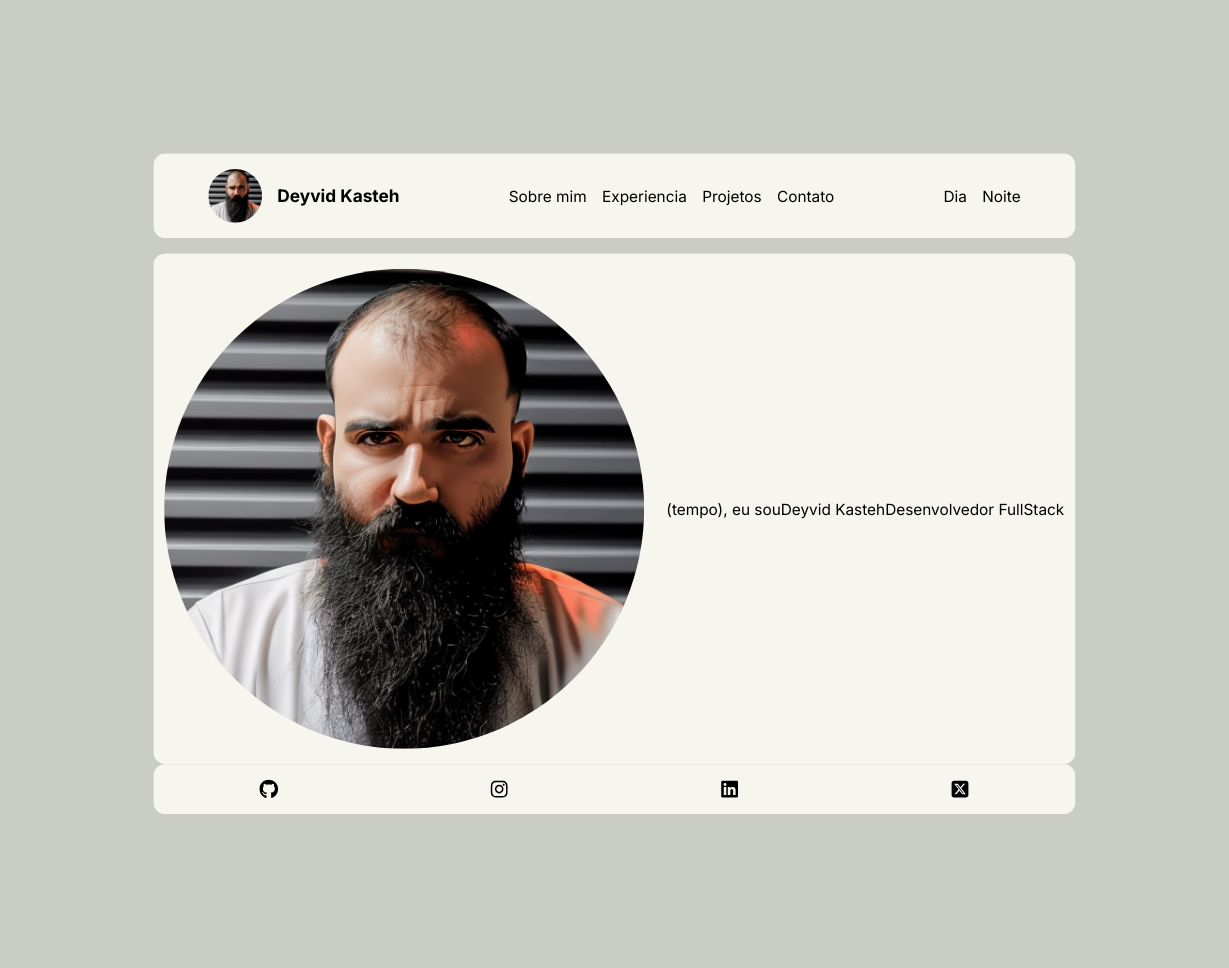
Repository: Deyvid-Kasteh/kasteh_portfolio
Page: /
An editor plug-in stored every save of this project. The page is shown before and after a run of saves, followed by the edit.
The browser window is 1280 px wide. The pictures show the whole page, at 96% of full size.
The project was rebuilt for these pictures with package versions that can differ from the ones it lists, and the page was loaded fresh each time. The framework's server and built-in components were replaced by stand-ins that run in the browser. Also part of the build but not shown: next.config.mjs.

Above is the page before, as saved 2024-03-26 00:58:57.

After the next 2 saves:
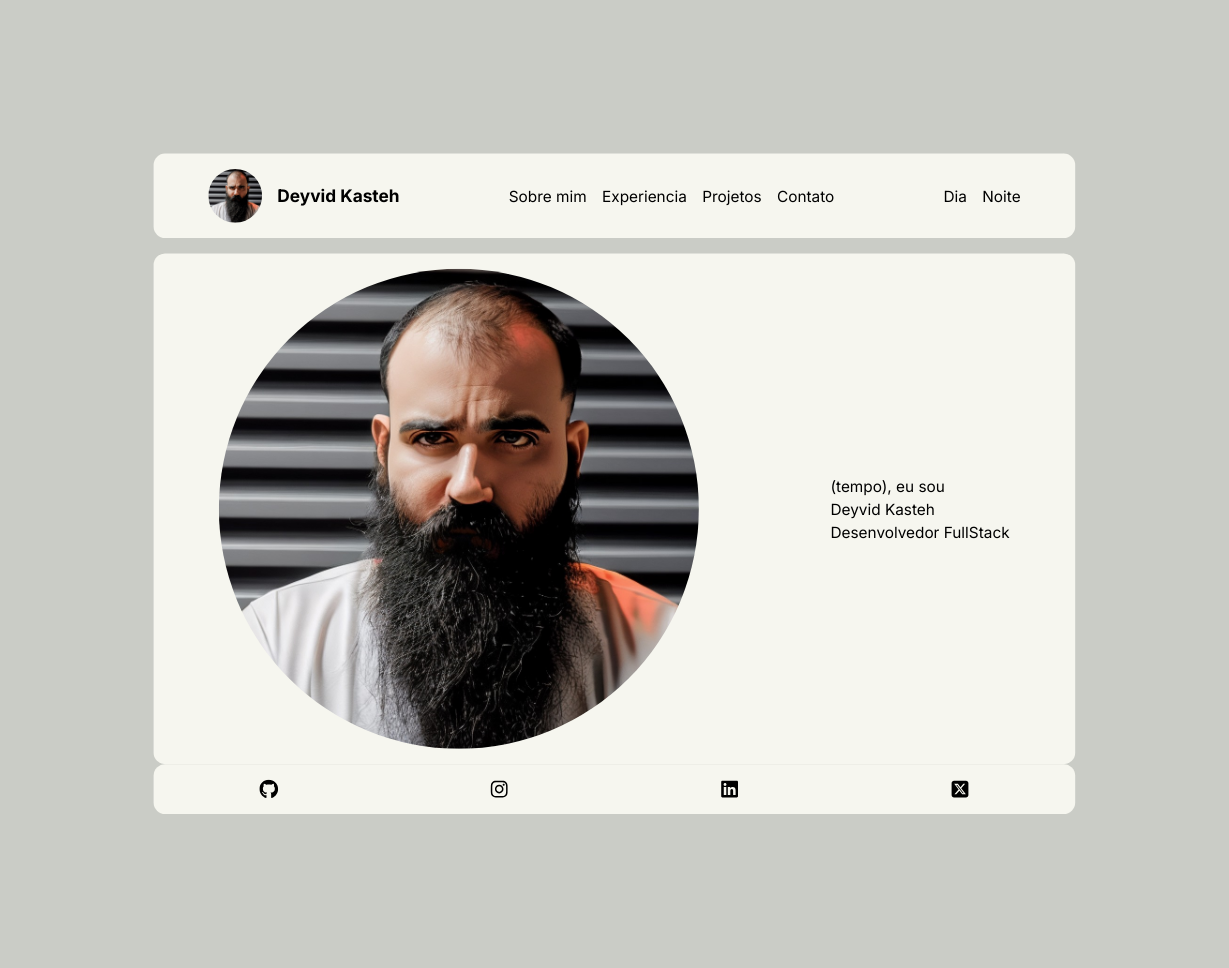
The 2 saves are shown as one change because they came seconds apart.
The last was saved 2 min 26 s later.
--- a/src/app/components/SobreMim.tsx
+++ b/src/app/components/SobreMim.tsx
@@ -7,7 +7,7 @@ const SobreMim: React.FC = () => {
       <div>
         <MinhaFoto height={500} width={500} />
       </div>
-      <div className="flex ">
+      <div className="flex flex-col">
         <span>(tempo), eu sou</span>
         <span>Deyvid Kasteh</span>
         <span>Desenvolvedor FullStack</span>
